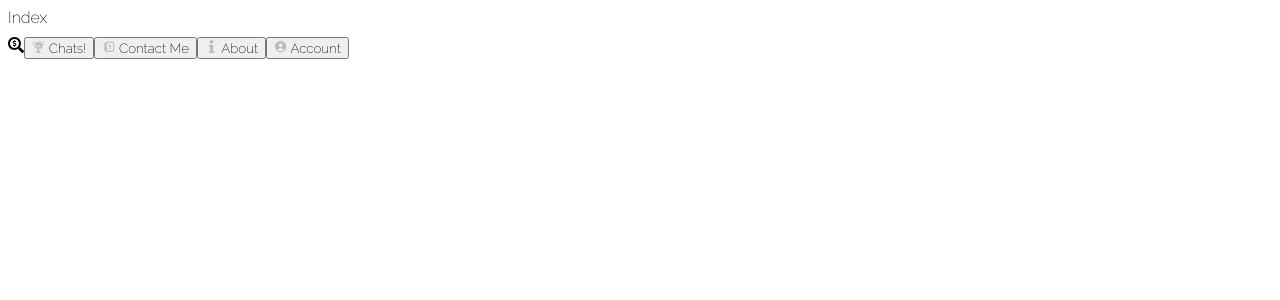
Repository: semileeBCIT/MDIA2109Tut4
Page: /
The author's editor kept a copy of each file at every save. The page is drawn from the files as they stood at one save, then again after the next save.
The browser window is 1280 px wide. The pictures show the whole page.
The project was rebuilt for these pictures with package versions that can differ from the ones it lists, and the page was loaded fresh each time. The framework's server and built-in components were replaced by stand-ins that run in the browser. Also part of the build but not shown: next.config.js.

Above is the page before, as saved 2020-04-15 22:44:52.

After the next save:
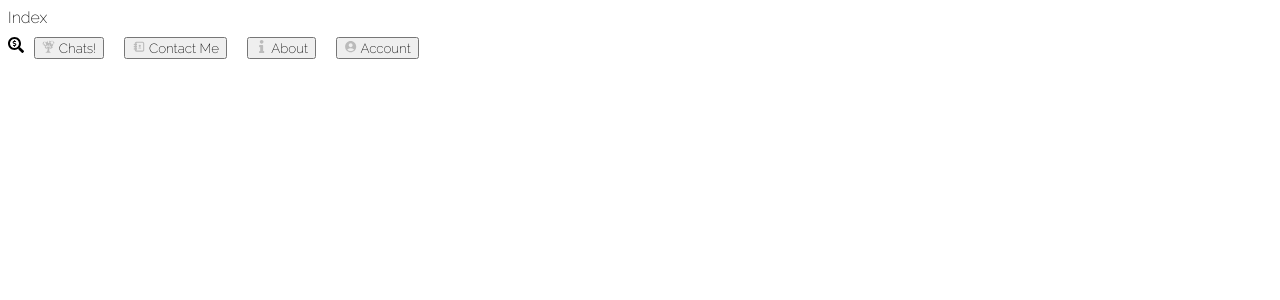
Saved 8 s later.
--- a/pages/index.css
+++ b/pages/index.css
@@ -11,7 +11,7 @@
 }
 
 button{
-
+    margin: 0 10px;
 }
 
 body, html {
